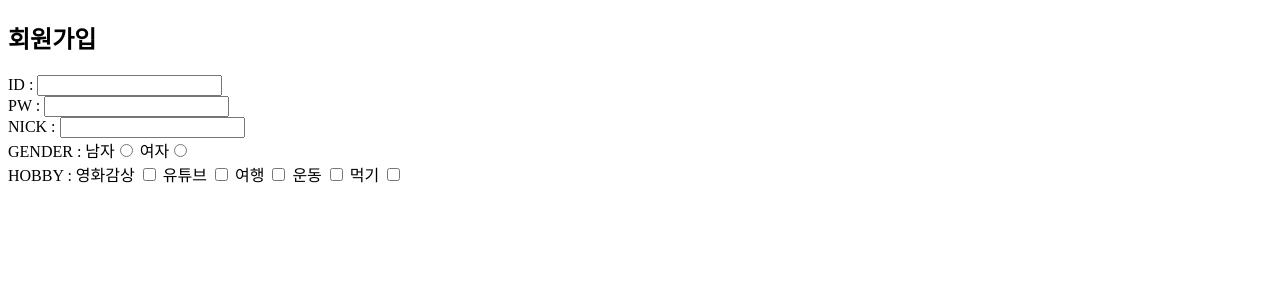
Repository: parvenuHJ/JSP_Servlet_
Page: Servlet/src/main/webapp/Ex06Join.html
The author's editor kept a copy of each file at every save. The page is drawn from the files as they stood at one save, then again after the next save.
The browser window is 1280 px wide. The pictures show the whole page.

Above is the page before, as saved 2023-08-16 05:40:31.

After the next save:
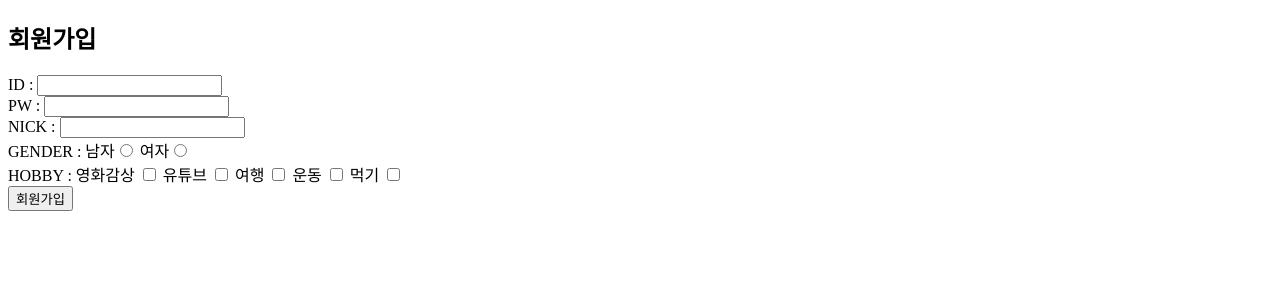
Saved 2 min 58 s later.
--- a/Servlet/src/main/webapp/Ex06Join.html
+++ b/Servlet/src/main/webapp/Ex06Join.html
@@ -13,14 +13,16 @@
 			ID : <input type="text" name="id"><br>
 			PW : <input type="password" name="pw"><br>
 			NICK : <input type="text" name="nick"><br>
-			GENDER : 남자<input type="radio"> 여자<input type="radio"><br>
+			GENDER : 남자<input type="radio" name="gender">
+					 여자<input type="radio" name="gender"><br>
 			HOBBY :
-			영화감상 <input type="checkbox">
-			유튜브 <input type="checkbox">
-			여행 <input type="checkbox">
-			운동 <input type="checkbox">
-			먹기 <input type="checkbox">
+			영화감상 <input type="checkbox" name="hobby">
+			유튜브 <input type="checkbox" name="hobby">
+			여행 <input type="checkbox" name="hobby">
+			운동 <input type="checkbox" name="hobby">
+			먹기 <input type="checkbox" name="hobby">
 			<br>
+			<input type="submit" value="회원가입">
 		</div>
 	</form>
 
